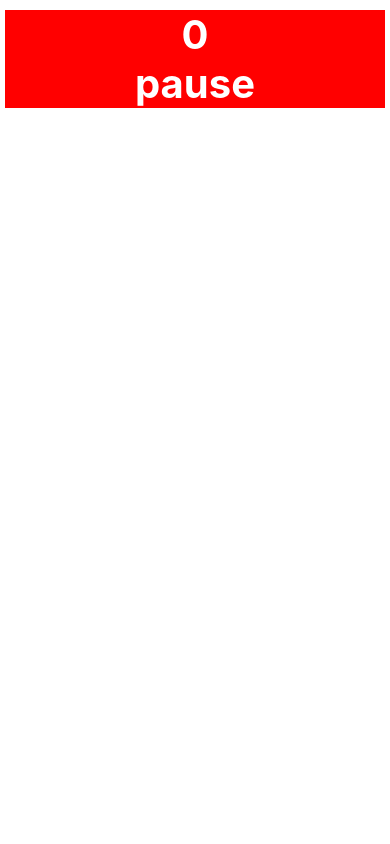
Repository: asnaeb1-dev/Video-List-Test
Screen: /
The author's editor kept a copy of each file at every save. The screen is drawn from the files as they stood at one save, then again after the next save.
The app was drawn by React Native's web renderer in a window 390 px wide. The project was rebuilt for these pictures with package versions that can differ from the ones it lists, and the page was loaded fresh each time.

Above is the screen before, as saved 2020-08-08 14:56:32.

### App.js
import React,{Component} from 'react';
import {View, StyleSheet, FlatList, Text, Dimensions} from 'react-native'
import ListItem from './src/Components/ListItem'

export default class App extends Component{
  constructor(props){
    super(props)
    this.state={
      PREV_VALUE: 0,
      screenHeight: Dimensions.get('window').height,
      playVideo: false,
      list: [
        {
          id: 0,
          isVisible: false,
        }
        // },{
        //   id: 1,
        //   isVisible: false,
        // },{
        //   id: 2,
        //   isVisible: false,
        // },{
        //   id: 3,
        //   isVisible: false,
        // },{
        //   id: 4,
        //   isVisible: false,
        // },{
        //   id: 5,
        //   isVisible: false,
        // },{
        //   id: 6,
        //   isVisible: false,
        // },{
        //   id: 7,
        //   isVisible: false,
        // },{
        //   id: 8,
        //   isVisible: false,
        // },{
        //   id: 9,
        //   isVisible: false,
        // },{
        //   id: 10,
        //   isVisible: false,
        // },{
        //   id: 11,
        //   isVisible: false,
        // },{
        //   id: 12,
        //   isVisible: false,
        // },{
        //   id: 13,
        //   isVisible: false,
        // },{
        //   id: 14,
        //   isVisible: false,
        // }
      ]
    }
  }

  onViewableItemsChanged = ({viewableItems, changed}) => {
    changed.forEach((item, index) => {
      this.setState({
      })
    })
  }

  sendLayout = (e) => {
    console.log("starting point===> " + e.y);
    const end = e.y + e.height
    console.log('ending point===> '+end)
  }


  handleScroll = (presentValue) => {
    //movement is down
    const prevValue = this.state.PREV_VALUE;
    if(presentValue - prevValue > 0){
      if(presentValue - prevValue <= 15){
          this.setState({playVideo: true})
      }else{
        this.setState({playVideo: false})
      }
    }else{
      //movement is up
      if(Math.abs(presentValue - prevValue) <= 15 ){
          this.setState({playVideo: true})
      }else{
        this.setState({playVideo: false})
      }
    }
    this.setState({PREV_VALUE: presentValue});
  }

  render(){
    return(
      <View style={{flex: 1, margin: 5}}>
        <FlatList
          data={this.state.list}
          renderItem = {({item}) => <ListItem isVisible={true} _id={item.id} playVideo={this.state.playVideo} height={this.state.screenHeight/3} sendLayout={this.sendLayout.bind(this)}/>}
          windowSize= {5}
          onViewableItemsChanged={this.onViewableItemsChanged}
          onScroll={(e) => this.handleScroll(e.nativeEvent.contentOffset.y)}
        />
      </View>
    )
  }
}

### src/Components/ListItem.js
import React, { Component } from 'react';
import { View, TouchableOpacity, Text } from 'react-native';

export default class ListItem extends Component{
    render(){
        return(
            <TouchableOpacity
                onLayout={(e) => this.props.sendLayout(e.nativeEvent.layout)}
            style={  !this.props.playVideo?
                {flex: 1,height: this.props.height, backgroundColor: 'red', marginVertical: 5, justifyContent: 'center', alignItems: 'center'}:
                {flex: 1,height: this.props.height, backgroundColor: 'blue', marginVertical: 5, justifyContent: 'center', alignItems: 'center'}
            }>
                <Text style={{color: '#fff', fontSize: 40, fontWeight: 'bold'}}>{this.props._id}</Text>
                <Text style={{color: '#fff', fontSize: 40, fontWeight: 'bold'}}>{this.props.playVideo? 'play':'pause'}</Text>
            </TouchableOpacity>
        )
    }
}

After the next save:
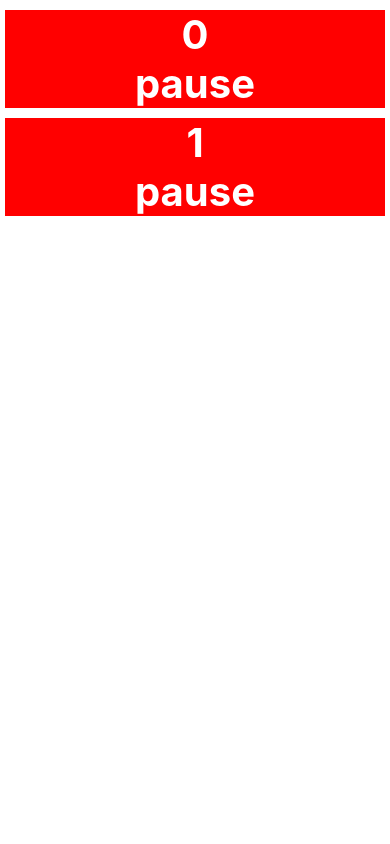
Saved 56 s later.
--- a/App.js
+++ b/App.js
@@ -14,10 +14,11 @@ export default class App extends Component{
           id: 0,
           isVisible: false,
         }
-        // },{
-        //   id: 1,
-        //   isVisible: false,
-        // },{
+        ,{
+           id: 1,
+           isVisible: false,
+        }
+        //,{
         //   id: 2,
         //   isVisible: false,
         // },{
